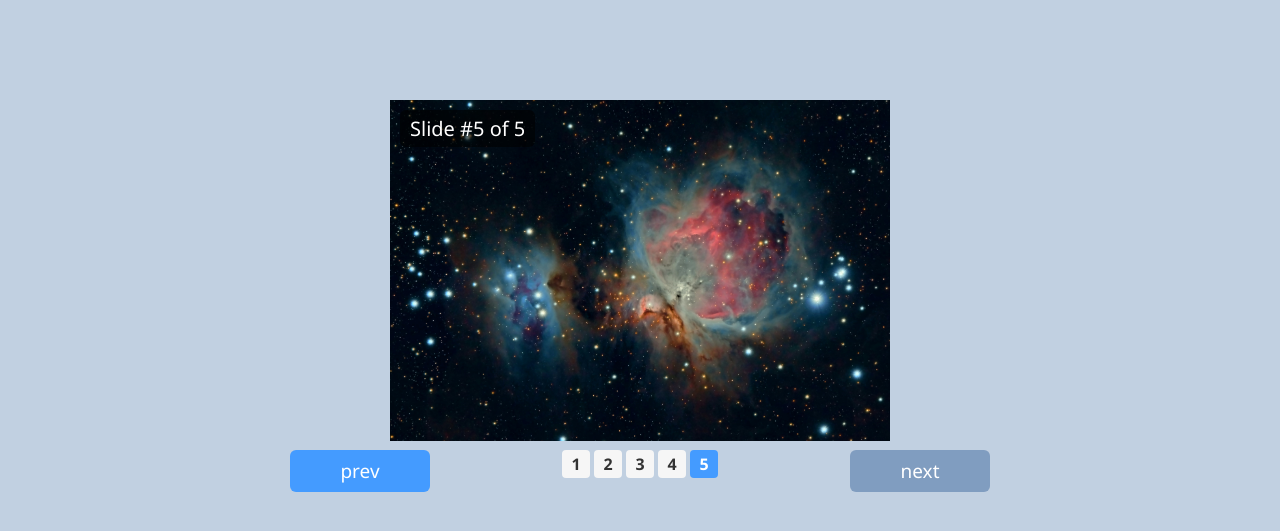
Repository: zeinawady/-Image-Slider-Project
Page: index.html
These files come from the project's save history. The page is drawn as it stood at one moment and after a run of saves; the edit follows.
The browser window is 1280 px wide. The pictures show the whole page.
After loading, the first visible `#next` was clicked once.

Above is the page before, as saved 2024-09-19 20:25:07.

After the next 4 saves:
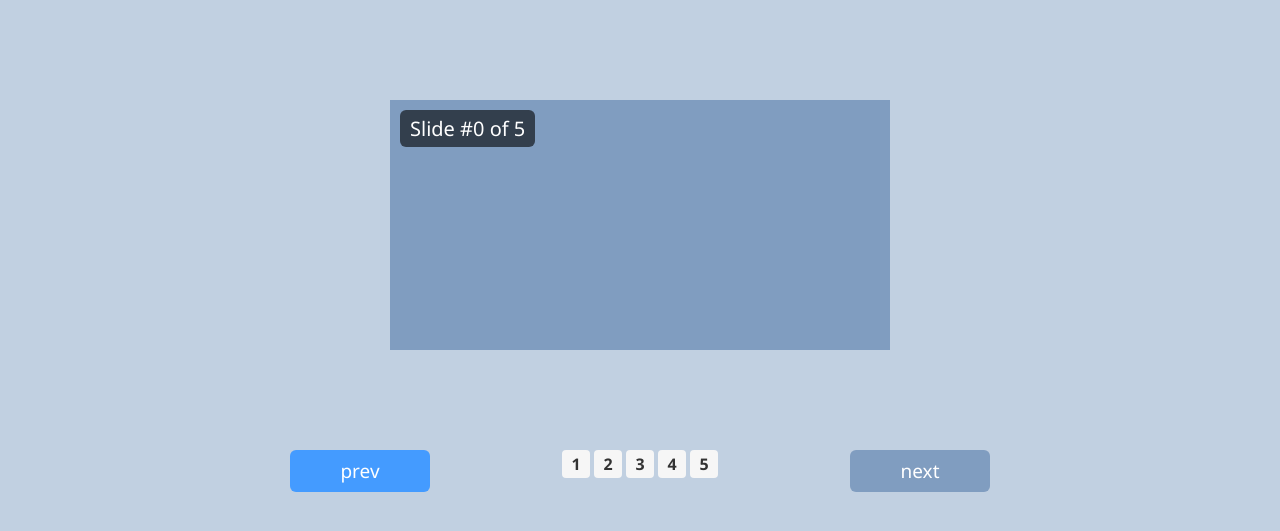
Console error: TypeError: Cannot read properties of undefined (reading 'classList')
The 4 saves are shown as one change because they came seconds apart.
The last was saved 12 s later.
--- a/script.js
+++ b/script.js
@@ -37,6 +37,9 @@ function nextSlide() {
     if(currentImgNo!=slidesCount){
         currentImgNo++;
 
+    }
+    else{
+        currentImgNo=0;
     }
 checker();
 }
